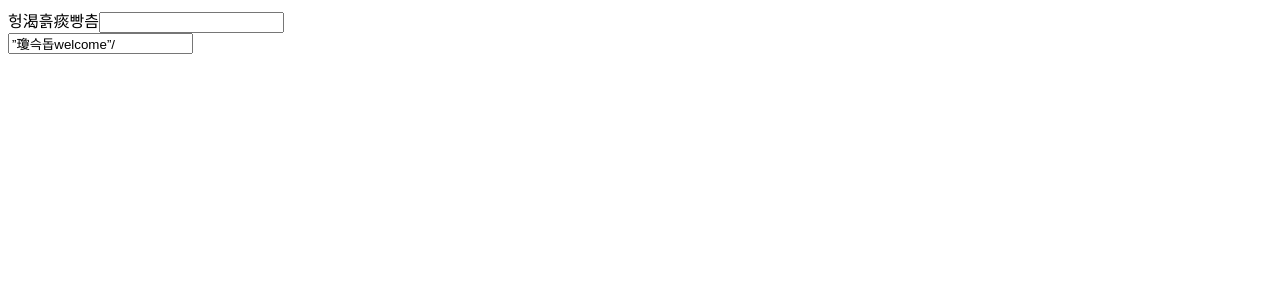
Repository: qq847261175/JavaWeb
Page: Servlet_0010_FirstServlet/WebRoot/welcome.html
These files come from the project's save history. The page is drawn as it stood at one moment and after the next save; the edit follows.
The browser window is 1280 px wide. The pictures show the whole page.

Above is the page before, as saved 2016-10-27 15:54:02.

After the next save:
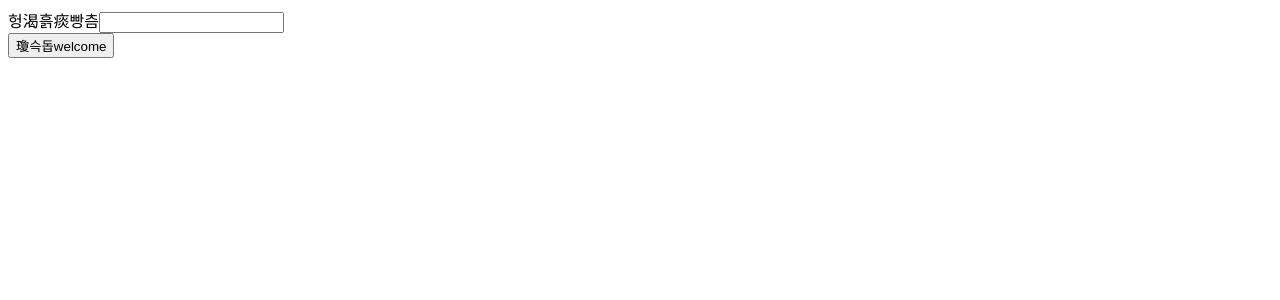
Saved 61 s later.
--- a/Servlet_0010_FirstServlet/WebRoot/welcome.html
+++ b/Servlet_0010_FirstServlet/WebRoot/welcome.html
@@ -2,8 +2,8 @@
 <head>
 <head/>
 <body>
-<form  method=”get”  action=”welcome”>
-헝渴흙痰빵츰<input type=”text” /><br/>
-<input type=”submit” value=”瓊슥돕welcome”/>
+<form  method=”get”  action="welcome">
+헝渴흙痰빵츰<input type="text" /><br/>
+<input type="submit" value="瓊슥돕welcome"/>
 <form/>
 <body/>
